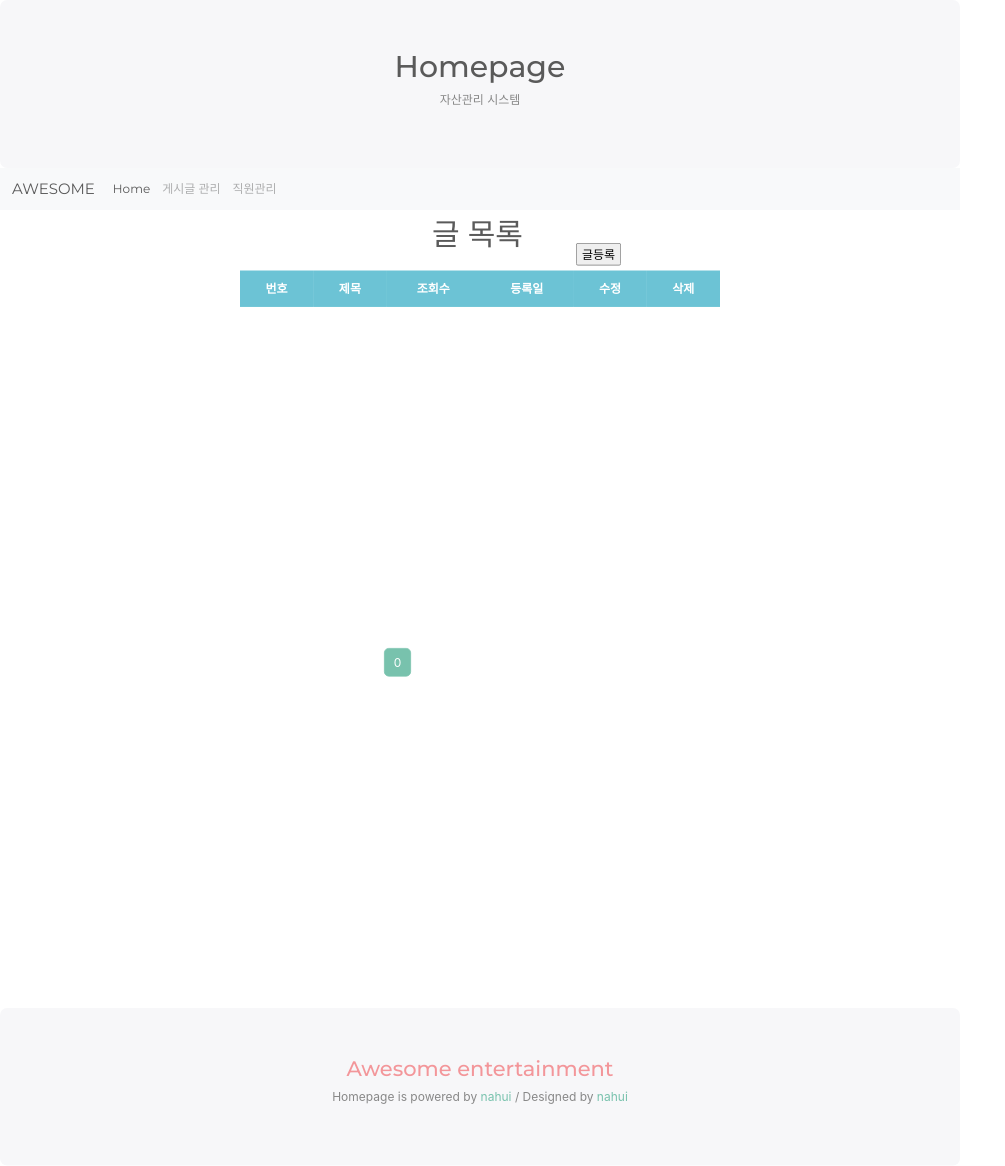
Repository: Nahui068/project1
Page: http://localhost/project1/WEB-INF/views/admin_board.jsp
An editor plug-in stored every save of this project. The page is shown before and after the next save, followed by the edit.
The browser window is 1280 px wide. The page is 1280 px wide, then 1340 px, so the pictures cover 1340 px, including what lies to the right of the window. The pictures show the whole page, at 75% of full size.
The page is served by Tomcat 9. Nobody is signed in. Other server files are loaded and not shown. The template is opened directly, without the code that normally fills it, so the values that code supplies are empty.

Above is the page before, as saved 2021-01-07 05:29:23.

### project1/src/main/webapp/WEB-INF/views/admin_board.jsp
<%@ page language="java" contentType="text/html; charset=UTF-8"
    pageEncoding="UTF-8"%>
<%@ taglib prefix="c" uri="http://java.sun.com/jsp/jstl/core" %>
<%@ taglib prefix="fmt" uri="http://java.sun.com/jsp/jstl/fmt" %>
<%@ include file="/WEB-INF/views/include/admin-header.jsp" %>

<script>

//이전 버튼 이벤트

function fn_prev(page, range, rangeSize) {

		var page = ((range - 2) * rangeSize) + 1;
		var range = range - 1;


		var url =  "${pageContext.request.contextPath}/admin_board";
		url = url + "?page=" + page;
		url = url + "&range=" + range;

		location.href = url;
	}


//페이지 번호 클릭

function fn_pagination(page, range, rangeSize, searchType, keyword) {

		var url = "${pageContext.request.contextPath}/admin_board";
		url = url + "?page=" + page;
		url = url + "&range=" + range;

		location.href = url;

	}

//다음 버튼 이벤트

	function fn_next(page, range, rangeSize) {

		var page = parseInt((range * rangeSize)) + 1;
		var range = parseInt(range) + 1;

		var url =  "${pageContext.request.contextPath}/admin_board";

		url = url + "?page=" + page;
		url = url + "&range=" + range;

		location.href = url;

	}

</script>

<!DOCTYPE html>
<html>
<head>
	<link href="resources/css/bootstrap.min.css" rel="stylesheet" type="text/css">
	<meta charset="UTF-8">
	<title>글 목록</title>
</head>
<body>
	<h1 style="position:absolute; top:40%; left:45%;">글 목록</h1>
	<input type="button" value="글등록" onClick="location.href='/project1/board_form'" style="position:absolute; top:45%; left:60%;">
	<table class="table table-hover" style="position:absolute; top:50%; left:25%; width:50%;">
		<tr class="table-info" style="text-align:center;">
			<th>번호</th>
			<th>제목</th>
			<th>조회수</th>
			<th>등록일</th>
			<th>수정</th>
			<th>삭제</th>
		</tr>
	<c:forEach var="list" items="${boardList}">
		<tr class="table-light" style="text-align:center;">
			<td>${list.num}</td>
			<td><a href="/project1/admin_content?num=${list.num}&title=${list.title}">${list.title}</a></td>
			<td>${list.readcount}</td>
			<fmt:formatDate var="dateTempParse" pattern="yyyy-MM-dd" value="${list.reg}"/>
			<td><c:out value="${dateTempParse}"></c:out></td>
			<td><a href="/project1/admin_board_update?num=${list.num}&title=${list.title}">수정</a></td>
			<td><a href="/project1/board_delete?num=${list.num}&title=${list.title}">삭제</a></td>
		</tr>
	</c:forEach>

	</table>

		<ul class="pagination" style="position:absolute; top:120%; left:40%; width:50%;">
			<c:if test="${pagination.prev}">

				<li class="page-item"><a class="page-link" href="#" onClick="fn_prev('${pagination.page}', '${pagination.range}', '${pagination.rangeSize}')">Previous</a></li>

			</c:if>


			<c:forEach begin="${pagination.startPage}" end="${pagination.endPage}" var="idx">

				<li class="page-item <c:out value="${pagination.page == idx ? 'active' : ''}"/> "><a class="page-link" href="#" onClick="fn_pagination('${idx}', '${pagination.range}', '${pagination.rangeSize}')"> ${idx} </a></li>

			</c:forEach>


			<c:if test="${pagination.next}">

				<li class="page-item"><a class="page-link" href="#" onClick="fn_next('${pagination.page}','${pagination.range}', '${pagination.rangeSize}')" >Next</a></li>

			</c:if>

		</ul>
<%@ include file="/WEB-INF/views/include/footer.jsp" %>
</body>
</html>

### project1/src/main/webapp/WEB-INF/views/include/admin-header.jsp
<%@ page language="java" contentType="text/html; charset=UTF-8"
    pageEncoding="UTF-8"%>
<%@ taglib prefix="c" uri="http://java.sun.com/jsp/jstl/core" %>

<!DOCTYPE html>
<html>
<head>
	<meta charset="UTF-8">
	<meta charset="utf-8">
	<meta name="viewport" content="width=device-width, initial-scale=1">
	<!-- CSS -->
	<link rel="stylesheet" href="https://maxcdn.bootstrapcdn.com/bootstrap/4.1.3/css/bootstrap.min.css">
	<!-- JS -->
	<script src="https://ajax.googleapis.com/ajax/libs/jquery/3.3.1/jquery.min.js"></script>
	<script src="https://cdnjs.cloudflare.com/ajax/libs/popper.js/1.14.3/umd/popper.min.js"></script>
	<script src="https://maxcdn.bootstrapcdn.com/bootstrap/4.1.3/js/bootstrap.min.js"></script>


</head>
<body>
	<div class="jumbotron text-center mb-0">
		<h1>Homepage</h1> <p>자산관리 시스템</p>
	</div>
	<nav class="navbar navbar-expand-lg navbar-light bg-light">
  <a class="navbar-brand" href="/project1/board_select">AWESOME</a>
  <button class="navbar-toggler" type="button" data-toggle="collapse" data-target="#navbarColor03" aria-controls="navbarColor03" aria-expanded="false" aria-label="Toggle navigation">
    <span class="navbar-toggler-icon"></span>
  </button>

  <div class="collapse navbar-collapse" id="navbarColor03">
    <ul class="navbar-nav mr-auto">
      <li class="nav-item active">
        <a class="nav-link" href="/project1/admin_board">Home
          <span class="sr-only">(current)</span>
        </a>
      </li>
      <li class="nav-item">
        <a class="nav-link" href="/project1/admin_board">게시글 관리</a>
      </li>
      <li class="nav-item">
        <a class="nav-link" href="#">직원관리</a>
      </li>
      <!-- <li class="nav-item dropdown">
        <a class="nav-link dropdown-toggle" data-toggle="dropdown" href="#" role="button" aria-haspopup="true" aria-expanded="false">Dropdown</a>
        <div class="dropdown-menu">
          <a class="dropdown-item" href="#">Action</a>
          <a class="dropdown-item" href="#">Another action</a>
          <a class="dropdown-item" href="#">Something else here</a>
          <div class="dropdown-divider"></div>
          <a class="dropdown-item" href="#">Separated link</a>
        </div>
      </li> -->
    </ul>
 	<c:if test="${sessionScope.id !=null}">
    	 ${sessionScope.id}
    	 <input type="button" value="로그아웃" onclick="location.href='/project1/logout'">
    </c:if>
 </div>

</nav>
</body>
</html>

### project1/src/main/webapp/WEB-INF/views/include/footer.jsp
<%@ page language="java" contentType="text/html; charset=UTF-8"
    pageEncoding="UTF-8"%>
<!DOCTYPE html>
<html>
<head>
<meta charset="UTF-8">
<link href="resources/css/bootstrap.min.css" rel="stylesheet" type="text/css">
<link href="resources/css/style-css.css" rel="stylesheet" type="text/css">
</head>
<body>
<!-- footer -->
<div id="footer" class="jumbotron text-center mt-5 mb-0" style="position:absolute;width:100%; top:180%;">
	<h3 class="text-secondary">Awesome entertainment</h3>
	<p>Homepage is powered by <span class="text-primary">nahui</span> / Designed by <span class="text-primary">nahui</span></p>
</div>

</body>
</html>

### project1/src/main/webapp/resources/css/style-css.css
@charset "UTF-8";

#stu_btn{
	margin-right:20px;
}

#meet_btn{
	margin-left:40px;
}

Loaded but not shown: project1/src/main/webapp/resources/css/bootstrap.min.css (library)

After the next save:
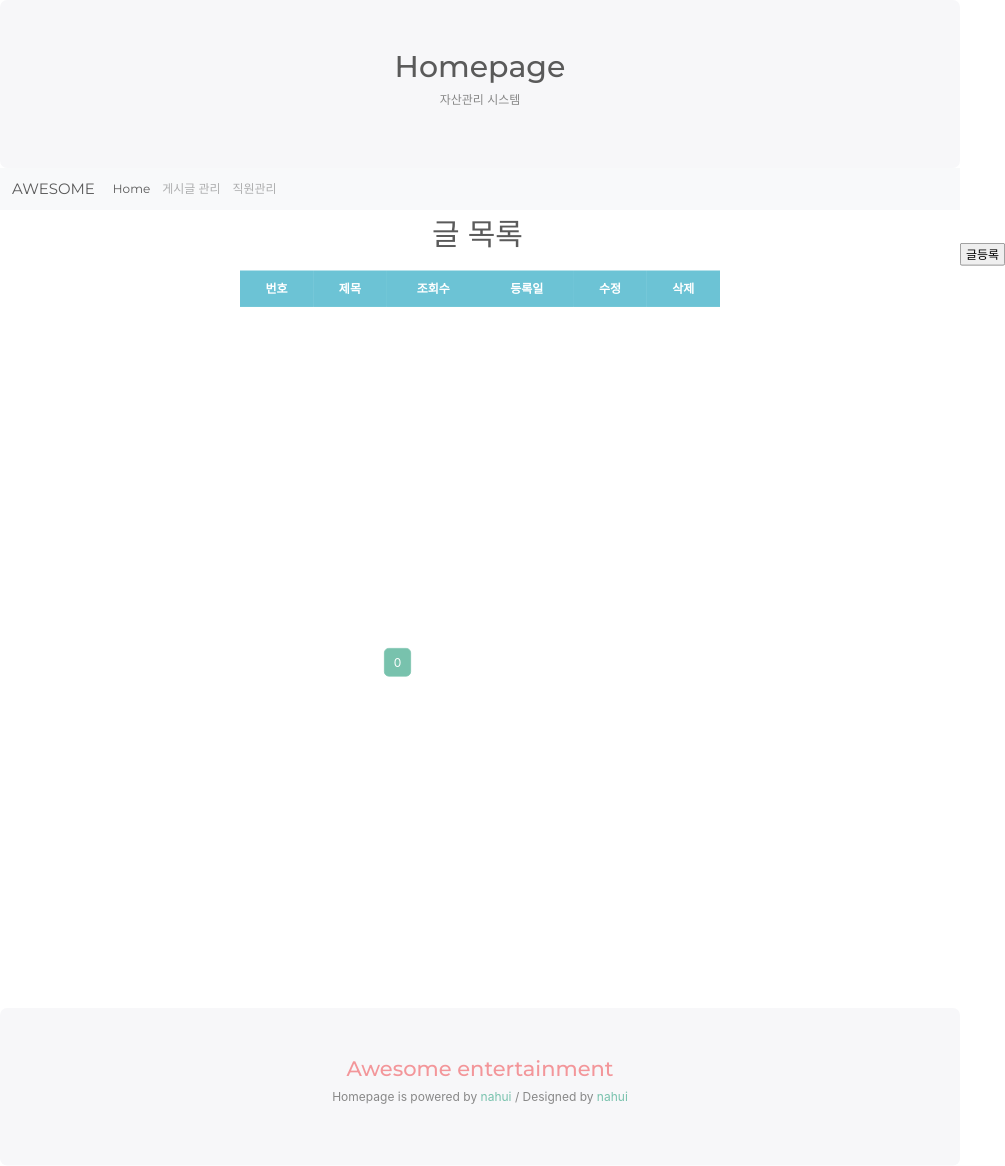
Saved 13 s later.
--- a/project1/src/main/webapp/WEB-INF/views/admin_board.jsp
+++ b/project1/src/main/webapp/WEB-INF/views/admin_board.jsp
@@ -61,7 +61,7 @@
 </head>
 <body>
 	<h1 style="position:absolute; top:40%; left:45%;">글 목록</h1>
-	<input type="button" value="글등록" onClick="location.href='/project1/board_form'" style="position:absolute; top:45%; left:60%;">
+	<input type="button" value="글등록" onClick="location.href='/project1/board_form'" style="position:absolute; top:45%; left:100%;">
 	<table class="table table-hover" style="position:absolute; top:50%; left:25%; width:50%;">
 		<tr class="table-info" style="text-align:center;">
 			<th>번호</th>
